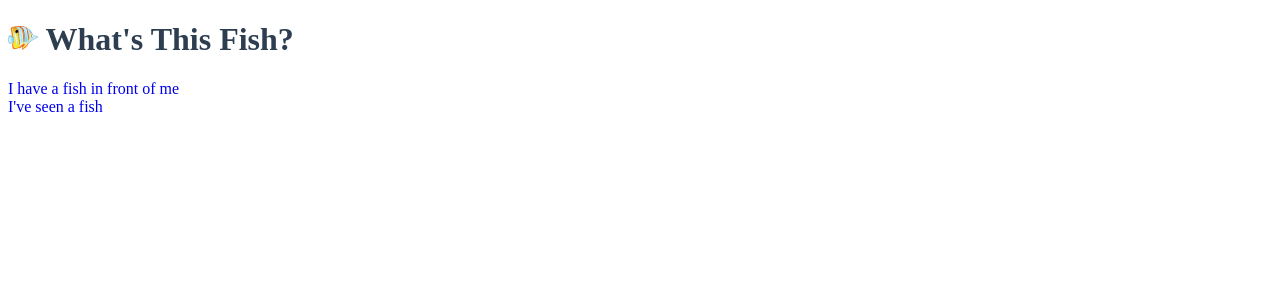
Repository: ulyfm/whatsthis.fish
Page: FishServer/externalpages/index.html
An editor plug-in stored every save of this project. The page is shown before and after the next save, followed by the edit.
The browser window is 1280 px wide. The pictures show the whole page.
Some web fonts or font styles are not loaded; a fallback is used.

Above is the page before, as saved 2017-01-04 18:06:01.

After the next save:
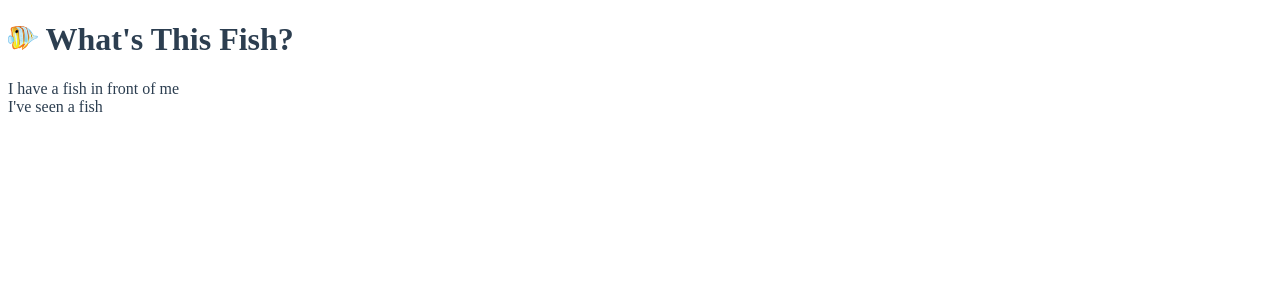
Saved 19 s later.
--- a/FishServer/externalpages/fish.css
+++ b/FishServer/externalpages/fish.css
@@ -11,5 +11,5 @@ h1 {
 }
 .c1 {
 	text-decoration: none;
-
+	color: #2c3e50;
 }
